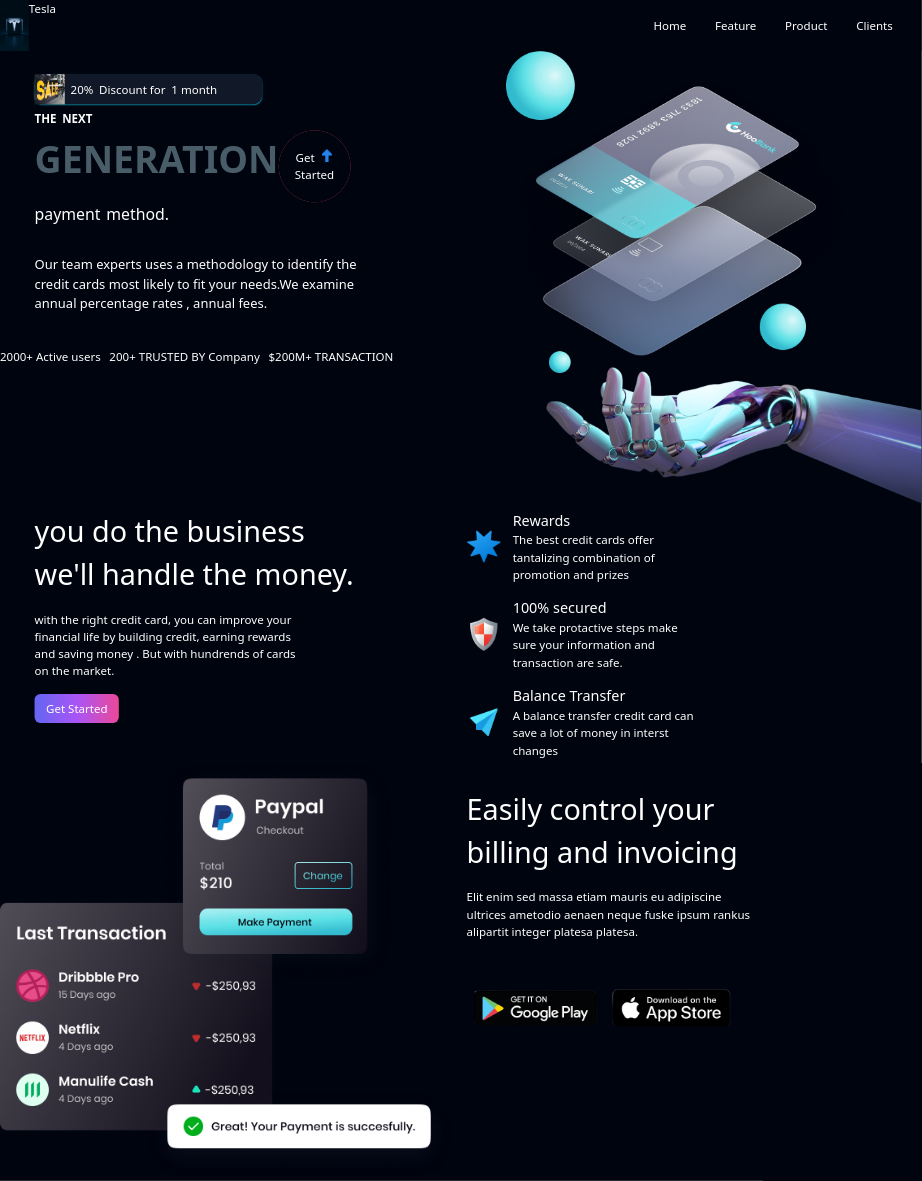
Repository: huuzey/nextjs-one-page
Page: /
The author's editor kept a copy of each file at every save. The page is drawn from the files as they stood at one save, then again after the next save.
The browser window is 1280 px wide. The pictures show the whole page, at 72% of full size.
The project was rebuilt for these pictures with package versions that can differ from the ones it lists, and the page was loaded fresh each time. The framework's server and built-in components were replaced by stand-ins that run in the browser. Also part of the build but not shown: next.config.js.

Above is the page before, as saved 2022-12-17 13:44:09.

### pages/index.js
import React from "react";
import Navbar from "../components/Navbar";
import Hero from "../components/Hero";
import Business from "../components/Business";
import Billing from "../components/Billing";

const index = () => {
  // animate on scroll initialization
  return (
    <div className="bg-primary w-full overflow-x-hidden	 ">
      <Navbar className="" />
      <Hero />
      <Business />
      <Billing />
    </div>
  );
};

export default index;

### components/Navbar.js
import React, { useState } from "react";
import { logo } from "../src/assets";
import Image from "next/image";
import Head from "next/head";
import AOS from "aos";
import "aos/dist/aos.css";
import { menu, close } from "../src/assets";
const Navbar = () => {
  const [toggle, settoggle] = useState(false);
  return (
    <div className="">
      <div className=" justify-between sticky top-0   bg-primary text-white   flex items-center">
        <div className="flex">
          <Image src={logo} width={40} height={2} alt="logo of tesla"></Image>
          <p className="text-bold">Tesla</p>
        </div>
        <div className="hidden lg:flex px-5  ">
          <p className="px-5">Home</p>
          <p className="px-5">Feature</p>
          <p className="px-5">Product</p>
          <p className="px-5">Clients</p>
        </div>
        <div className="absolute text-white lg:hidden sm:flex-col md:flex-col right-3 top-2">
          <Image
            src={toggle ? close : menu}
            className="w-[12px] bg-white h-[12px]"
            onClick={() => settoggle((prev) => !prev)}
          ></Image>
          <div className={`${toggle ? "visible" : "hidden"} `}>
            <p className="pb-1">Home</p>
            <p className="pb-1">Feature</p>
            <p className="pb-1">Product</p>
            <p className="pb-1">Clients</p>
          </div>
        </div>
      </div>
    </div>
  );
};

export default Navbar;

### components/Hero.js
import React from "react";
import Image from "next/image";
import { discount, robot } from "../src/assets";
import GetStarted from "./GetStarted";

const Hero = () => {
  return (
    <div className="lg:columns-2 sm:columns-1 md:columns-1">
      <div className="text-white font-poppins bg-gray-900 first:justify-start  w-[50%] rounded-xl shadow-sm shadow-cyan-500 flex flex-row mt-8 ml-12 items-center justify-center">
        <Image
          src={discount}
          alt="discount"
          className=" mr-2 w-[42px] h-[42px] "
        ></Image>
        <span className=" mr-2">20%</span>
        <span className=" mr-2">Discount for</span>

        <span className="text-bold  mr-2"> 1 month</span>
      </div>
      <div className="text-white justify-between mb-12 ml-12">
        <div className="flex mt-2">
          <h1 className="mr-2 font-semibold font-poppins  mb-1">THE</h1>
          <h1 className="mr-4 m2-4 font-semibold font-poppins ">NEXT</h1>
        </div>
        <div className="flex">
          <h1 className="text-secondary font-semibold font-poppins  text-gradient  ml-0 mb-1 text-[52px] ss:text-[72px]">
            GENERATION
          </h1>
          <div className="sm:hidden md:flex ">
            <GetStarted />
          </div>
        </div>
        <div className="flex">
          <h1 className="mb-5 mr-2 text-[22px]  ">payment</h1>
          <span className="mb-5 text-[22px]">method.</span>
        </div>
        <div className="max-w-[470px] mt-5 font-poppins text-dimwhite text-[18px] ">
          <p>
            Our team experts uses a methodology to identify the credit cards
            most likely to fit your needs.We examine annual percentage rates ,
            annual fees.
          </p>
        </div>
      </div>
      <div className="flex text-white   ">
        <div className="">
          2000+ <span className="text-gradient  mr-3 "> Active users</span>
        </div>
        <div>
          200+ <span className="text-gradient  mr-3"> TRUSTED BY Company</span>
        </div>
        <div>
          $200M+ <span className="text-gradient  mr-3"> TRANSACTION</span>
        </div>
      </div>

      <div>
        <Image
          src={robot}
          alt="billing"
          className=" w-[100%]  h-[100%]"
        ></Image>
      </div>
      <div className="sm:flex md:hidden ">
        <GetStarted />
      </div>
    </div>
  );
};

export default Hero;

### components/Business.js
import Image from "next/image";
import React from "react";
import { star, send, sheild } from "../src/assets";
const Business = () => {
  return (
    <div className="md:columns-2 sm:columns-1 ">
      <div className="ml-12 flex flex-col  text-white">
        <h1 className="md:text-[40px] sm:text-[30px]">
          you do the business
          <br />
          we'll handle the money.
        </h1>
        <p className="max-w-[370px] mt-5">
          with the right credit card, you can improve your financial life by
          building credit, earning rewards and saving money . But with hundrends
          of cards on the market.
        </p>
        <div className="mt-5">
          <button className="bg-gradient-to-r from-indigo-500 via-purple-500 to-pink-500 py-2 rounded-lg  hover:from-pink-500 hover:to-yellow-500 px-4">
            Get Started
          </button>
        </div>
      </div>
      <div className="sm:mt-4">
        <div className="flex hover:bg-gray-800 rounded-xl w-[50%] mb-5 text-white">
          <Image src={star} className="mr-4 object-contain"></Image>
          <div>
            <h1 className="text-[20px] text-dimwhite">Rewards</h1>
            <p className="max-w-[300px]">
              The best credit cards offer tantalizing combination of promotion
              and prizes
            </p>
          </div>
        </div>
        <div className="flex hover:bg-gray-800 rounded-xl w-[50%] mb-5 text-white">
          <Image src={sheild} className="mr-4 object-contain"></Image>
          <div>
            <h1 className="text-[20px] text-dimwhite">100% secured</h1>
            <p className="max-w-[300px]">
              We take protactive steps make sure your information and
              transaction are safe.
            </p>
          </div>
        </div>
        <div className="flex hover:bg-gray-800 rounded-xl w-[50%] mb-5 text-white">
          <Image src={send} className="mr-4 object-contain"></Image>
          <div>
            <h1 className="text-[20px] text-dimwhite">Balance Transfer</h1>
            <p className="max-w-[300px]">
              A balance transfer credit card can save a lot of money in interst
              changes
            </p>
          </div>
        </div>
      </div>
    </div>
  );
};

export default Business;

### components/Billing.js
import Image from "next/image";
import React from "react";
import { bill, googleplay, appstore } from "../src/assets";

const Billing = () => {
  return (
    <div className="sm:columns-1 md:columns-2">
      <div>
        <Image src={bill}></Image>
      </div>
      <div className="pt-10 font-poppins">
        <h1 className="text-white md:text-[40px]  sm:text-[30px]">
          Easily control your
          <br /> billing and invoicing
        </h1>
        <p className="text-white mt-5 max-w-[400px]">
          Elit enim sed massa etiam mauris eu adipiscine ultrices ametodio
          aenaen neque fuske ipsum rankus alipartit integer platesa platesa.
        </p>
        <div className="flex">
          <Image className="max-w-[30%] max-h-[20%]" src={googleplay}></Image>
          <Image
            className="max-w-[30%] max-h-[20%] object-contain "
            src={appstore}
          ></Image>
        </div>
      </div>
    </div>
  );
};

export default Billing;

### src/assets/index.js
import airbnb from "./airbnb.png";
import bill from "./bill.png";
import binance from "./binance.png";
import card from "./card.png";
import coinbase from "./coinbase.png";
import dropbox from "./dropbox.png";
import logo from "./logo.jpg";
import quotes from "./quotes.svg";
import robot from "./robot.png";
import send from "./Send.png";
import star from "./Star.png";
import menu from "./menu.png";
import close from "./close.png";
import google from "./google.jpg";
import apple from "./apple.png";
import arrowUp from "./arrow-up.png";
import discount from "./Discount.jpg";
import facebook from "./facebook.jpg";
import instagram from "./instagram.jpg";
import linkedin from "./linkedin.jpg";
import twitter from "./twitter.jpg";
import people01 from "./people01.png";
import people02 from "./people02.png";
import people03 from "./people03.png";
import sheild from "./sheild.png";
import googleplay from "./googleplay.png";
import appstore from "./appstore.png";

export {
  googleplay,
  appstore,
  sheild,
  airbnb,
  bill,
  binance,
  card,
  coinbase,
  dropbox,
  logo,
  quotes,
  robot,
  send,
  star,
  menu,
  close,
  google,
  apple,
  arrowUp,
  discount,
  facebook,
  instagram,
  linkedin,
  twitter,
  people01,
  people02,
  people03,
};

### components/GetStarted.js
import Image from "next/image";
import React from "react";
import { arrowUp } from "../src/assets";

const GetStarted = () => {
  return (
    <div className="rounded-full flex justify-center items-center bg-rose-500 w-[100px] h-[100px]">
      <div className="rounded-full flex flex-col justify-center items-center bg-primary w-[100%] h-[100%] ">
        <div className="flex ">
          <p className="mr-2 text-gradient">Get</p>
          <Image src={arrowUp} className=" w-[18px] h-[18px]"></Image>
        </div>
        <p className=" text-gradient">Started</p>
      </div>
    </div>
  );
};

export default GetStarted;

### tailwind.config.js
/** @type {import('tailwindcss').Config} */
module.exports = {
  content: [
    "./src/**/*.{html,js}",
    "./pages/**/*.{js,ts,jsx,tsx}",
    "./components/**/*.{js,ts,jsx,tsx}",
  ],
  theme: {
    fontFamily: {
      primary: "Open Sans",
      secondary: "Lato",
    },
    container: {
      padding: {
        DEFAULT: "1rem",
        lg: "0",
      },
    },
    screens: {
      sm: "380px",
      md: "768px",
      lg: "1024px",
      xl: "1170px",
    },
    extend: {
      colors: {
        primary: "#00040f",
        secondary: "#485D68",
        accent: {
          primary: "#9C69E2",
          primary_hover: "#9059DB",
          secondary: "#F063B8",
          secondary_hover: "#E350A9",
          tertiary: "#68C9BA",
        },
      },
      backgroundImage: {
        hero: "url('../src/assets/img/hero_bg.png')",
      },
      dropShadow: {
        primary: " 0px 5px 5px rgba(75, 93, 104, 0.1)",
      },
    },
  },
  plugins: [],
};

### components/Cards.js
import React from "react";

const Cards = () => {
  return (
    <div>
      <div>
        <h1>
          Find a better card deal
          <br /> in few easy steps.
        </h1>
        <p>
          acu tor tor prurs ,in matis at sed integer fauscibes. Aliquet wuis
          aliquet egetma mauris tortorali aliwriet ultrices ac ametau.
        </p>
        <div className="mt-5">
          <button className="bg-gradient-to-r from-indigo-500 via-purple-500 to-pink-500 py-2 rounded-lg  hover:from-pink-500 hover:to-yellow-500 px-4">
            Get Started
          </button>
        </div>
      </div>
      <div></div>
    </div>
  );
};

export default Cards;

Loaded but not shown: pages/_app.js (common file); styles/globals.css (common file)

After the next save:
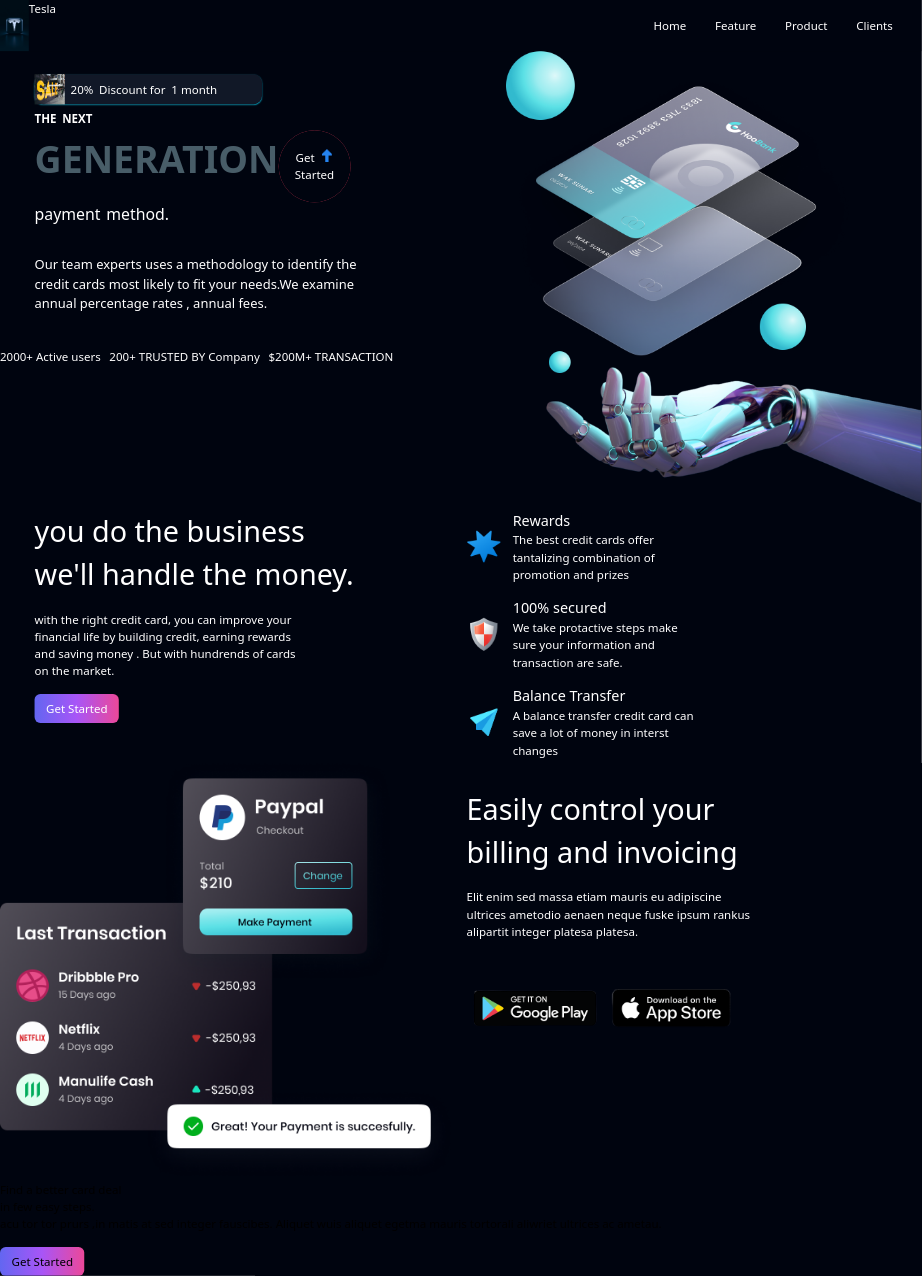
Saved 31 s later.
--- a/pages/index.js
+++ b/pages/index.js
@@ -3,6 +3,7 @@
 import Hero from "../components/Hero";
 import Business from "../components/Business";
 import Billing from "../components/Billing";
+import Cards from "../components/Cards";
 
 const index = () => {
   // animate on scroll initialization
@@ -12,6 +13,7 @@
       <Hero />
       <Business />
       <Billing />
+      <Cards />
     </div>
   );
 };
